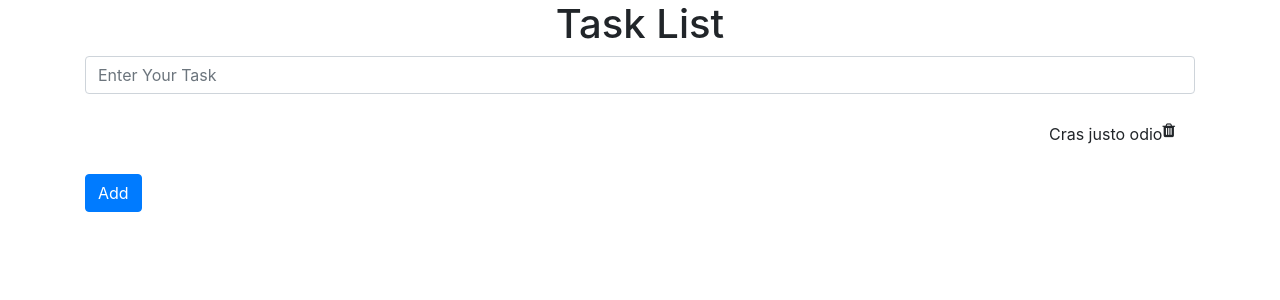
Repository: hoangphuong965/todolist
Page: index.html
An editor plug-in stored every save of this project. The page is shown before and after a run of saves, followed by the edit.
The browser window is 1280 px wide. The pictures show the whole page.

Above is the page before, as saved 2020-09-04 14:13:05.

### index.html
<!DOCTYPE html>
<html lang="en">

<head>
     <meta charset="UTF-8">
     <meta name="viewport" content="width=device-width, initial-scale=1.0">
     <title>Document</title>
     <link rel="stylesheet" href="https://stackpath.bootstrapcdn.com/bootstrap/4.3.1/css/bootstrap.min.css"
          integrity="sha384-ggOyR0iXCbMQv3Xipma34MD+dH/1fQ784/j6cY/iJTQUOhcWr7x9JvoRxT2MZw1T" crossorigin="anonymous">
     <link rel="stylesheet" href="https://maxcdn.bootstrapcdn.com/font-awesome/4.7.0/css/font-awesome.min.css">
     <link rel="stylesheet" href="style.css">
</head>

<body>
     <div class="container">
          <h1 class="text-center">Task List</h1>
          <form class="form">
               <div class="form-group ">
                    <input type="text" class="form-control" style="outline-color: black;" placeholder="Enter Your Task">
               </div>
               <div class="list">
                    <ol class="list-group list-group-flush">
                         <li class="list-group-item tst">
                              <p>Cras justo odio</p>
                              <i class="fa fa-trash" aria-hidden="true"></i>
                         </li>
                    </ol>
               </div>
               <button type="submit" class="btn btn-primary">Add</button>
          </form>
     </div>
     <script src="app.js"></script>
</body>

</html>

### style.css
.tst{
     display: flex;
     justify-content: right;
}

### app.js
const input = document.querySelector("input");
let html = document.querySelector(".list");

const form = document.querySelector(".form");
form.addEventListener("submit", (e) => {
  e.preventDefault();
  add();
});


const add = () => {
  let ul = `
          <ol class="list-group list-group-flush">
               <li class="list-group-item">${input.value}</li>

          </ol>
     `;
  input.value = "";
  html.innerHTML += ul;
};

After the next 4 saves:
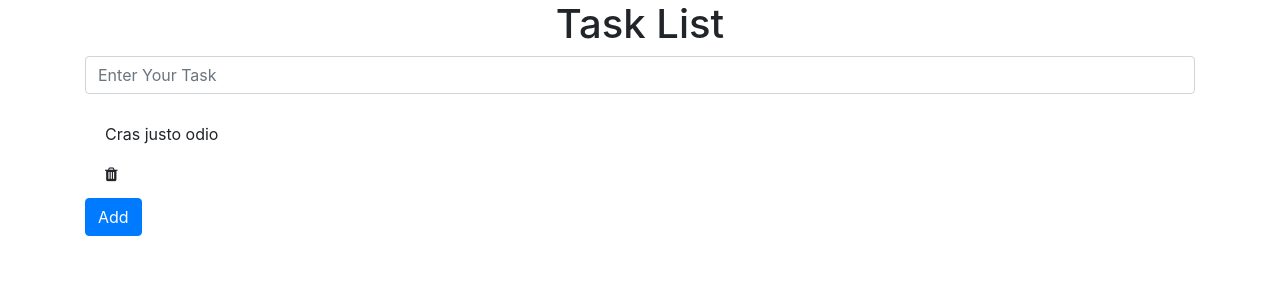
The 4 saves are shown as one change because they came seconds apart.
The last was saved 42 s later.
--- a/style.css
+++ b/style.css
@@ -1,4 +1,3 @@
 .tst{
-     display: flex;
-     justify-content: right;
+     display: inline-block;
 }
